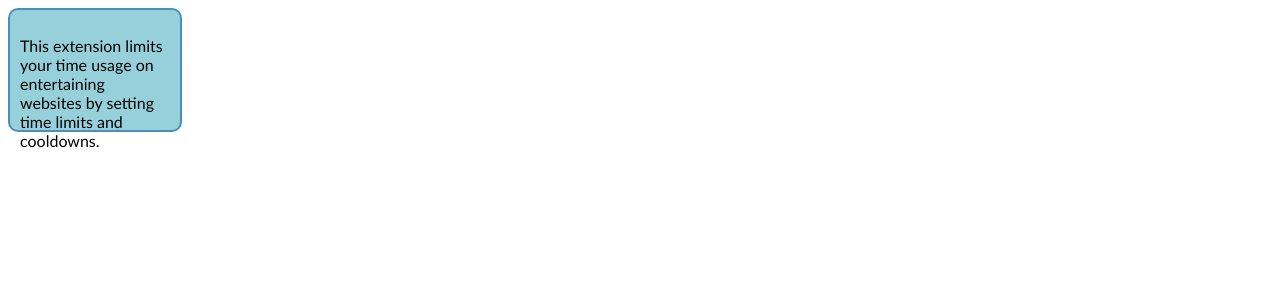
Repository: AndrlmMass/Time-management-chrome-extension
Page: popup.html
These files come from the project's save history. The page is drawn as it stood at one moment and after a run of saves; the edit follows.
The browser window is 1280 px wide. The pictures show the whole page.

Above is the page before, as saved 2023-08-22 15:38:58.

### popup.html
<!DOCTYPE html>
<html>
<head>
  <title>Popup</title>
  <link rel="stylesheet" type="text/css" href="styles.css">
</head>
<body>
  <div id="popup-container">
    <p>This extension limits your time usage on entertaining websites by setting time limits and cooldowns.</p>
  </div>
  <script src="popup.js"></script>
</body>
</html>

### styles.css
@font-face {
  font-family: 'CustomFont';
  src: url('path/to/font.woff2') format('woff2'),
       url('path/to/font.woff') format('woff');
}

body {
    font-family: 'Calibri', sans-serif;
  }

  #popup-container {
    padding: 10px;
    margin: 0;
    width: 150px;
    background-color: #96d1db;
    border: 2px solid #4c8eba;
    border-radius: 10px;
  }

### popup.js
document.addEventListener('DOMContentLoaded', function() {
  // Get the popup's main container element
  const popupContainer = document.getElementById('popup-container');

  // Set custom width and height
  popupContainer.style.width = '150px';    // Adjust width as needed
  popupContainer.style.height = '100px';   // Adjust height as needed
});

After the next 3 saves:
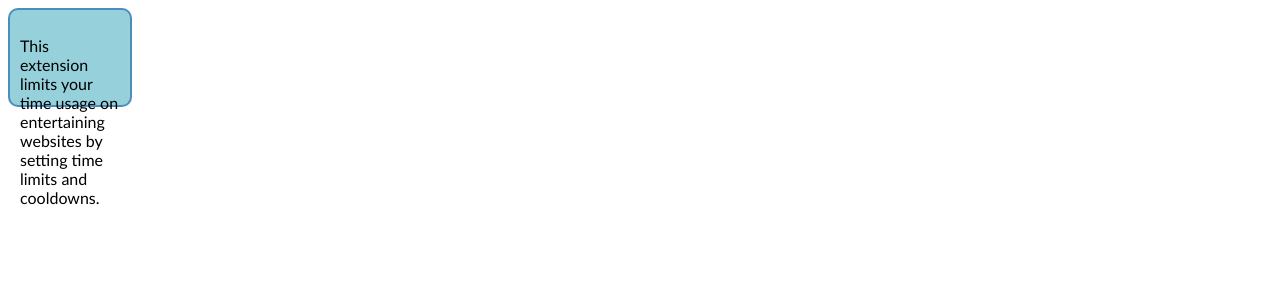
The 3 saves are shown as one change because they came seconds apart.
The last was saved 33 s later.
--- a/popup.js
+++ b/popup.js
@@ -3,6 +3,6 @@ document.addEventListener('DOMContentLoaded', function() {
   const popupContainer = document.getElementById('popup-container');
 
   // Set custom width and height
-  popupContainer.style.width = '150px';    // Adjust width as needed
-  popupContainer.style.height = '100px';   // Adjust height as needed
+  popupContainer.style.width = '100px';    // Adjust width as needed
+  popupContainer.style.height = '75px';   // Adjust height as needed
 });
